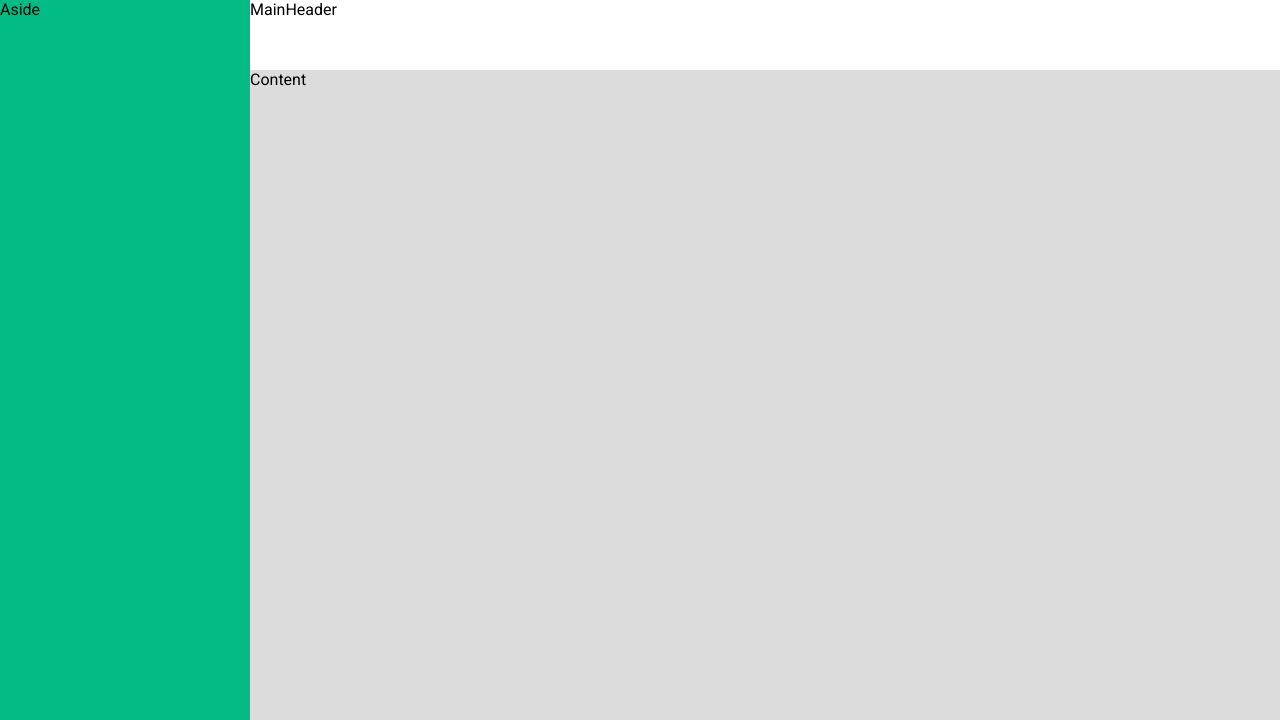
Repository: XFERRER7/dashboard
Page: /
An editor plug-in stored every save of this project. The page is shown before and after a run of saves, followed by the edit.
The browser window is 1280 px wide. The pictures show the whole page.
The project was rebuilt for these pictures with package versions that can differ from the ones it lists, and the page was loaded fresh each time. Also part of the build but not shown: vite.config.ts.

Above is the page before, as saved 2022-07-06 15:30:48.

After the next 2 saves:
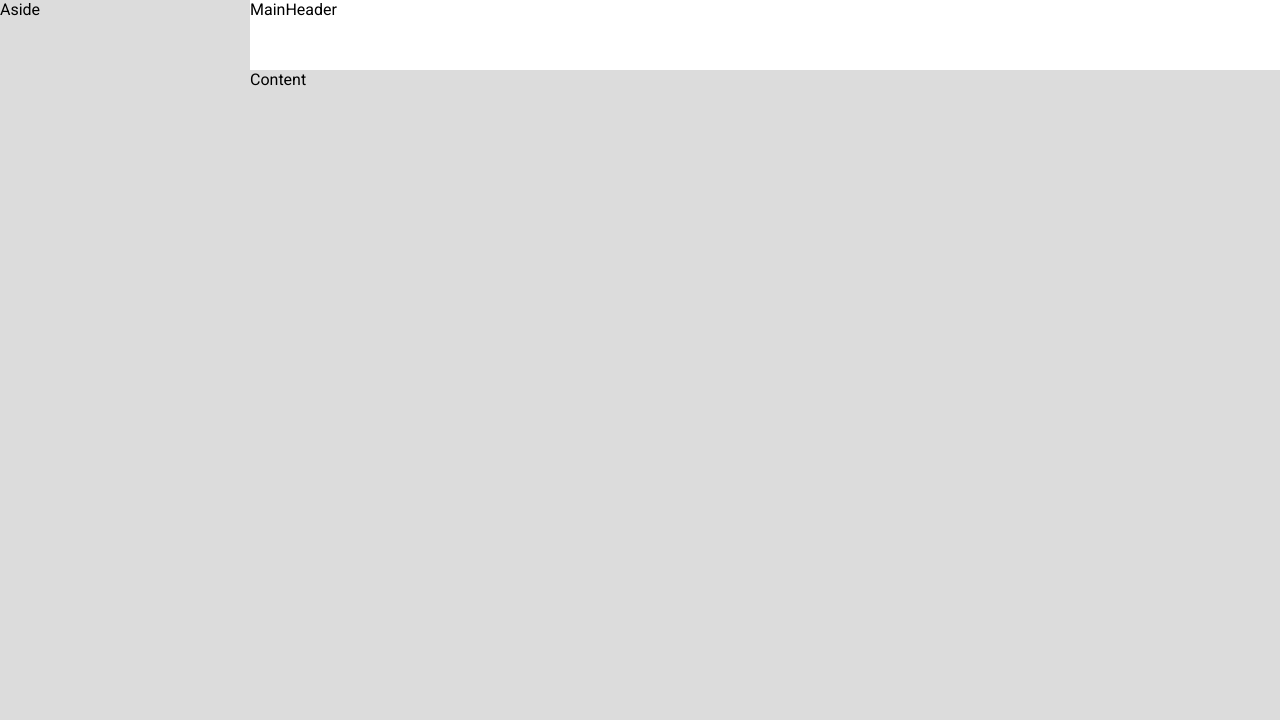
The 2 saves are shown as one change because they came seconds apart.
The last was saved 16 s later.
--- a/src/components/Aside/Styles.ts
+++ b/src/components/Aside/Styles.ts
@@ -3,5 +3,5 @@ import styled from "styled-components"
 export const Container = styled.div`
   grid-area: AS;
   color: ${props => props.theme.colors.white};
-  background-color: ${props => props.theme.colors.sucess};
+  background-color: ${props => props.theme.colors.primary};
 `
